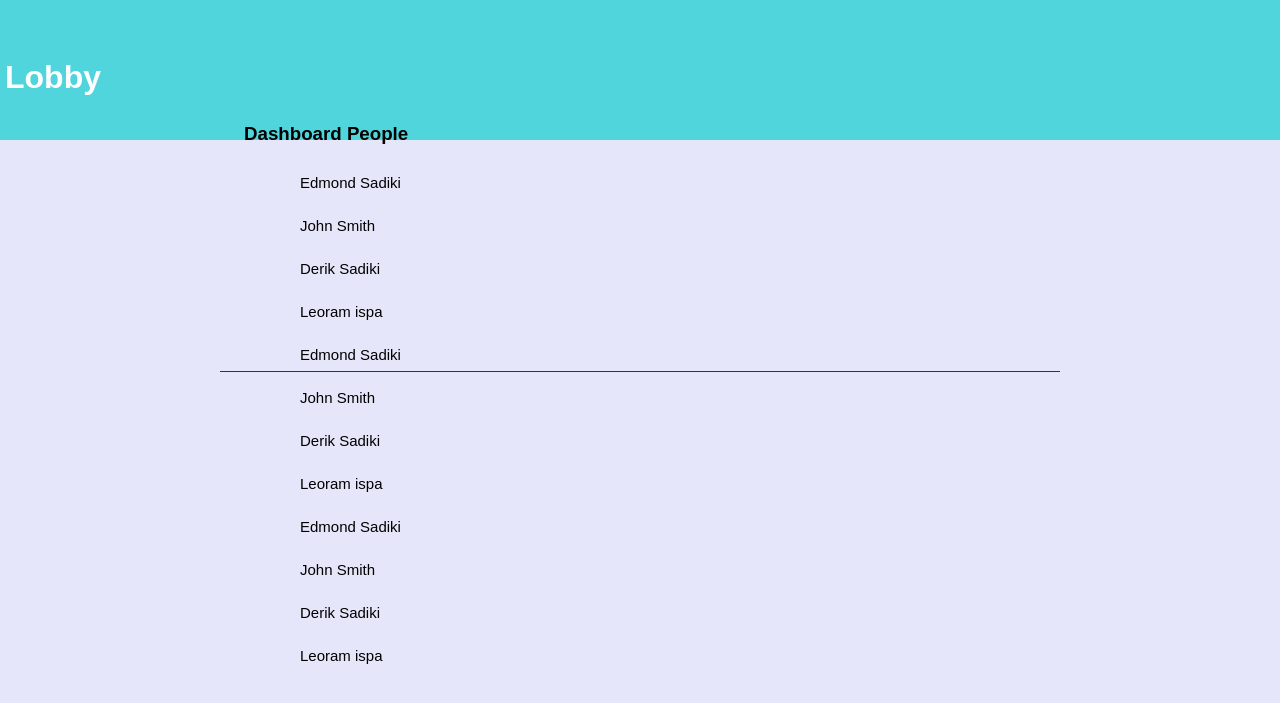
Repository: deriksadiki/react-routes-v6
Page: /signin
The author's editor kept a copy of each file at every save. The page is drawn from the files as they stood at one save, then again after the next save.
The browser window is 1280 px wide. The pictures show the whole page.
The project was rebuilt for these pictures with package versions that can differ from the ones it lists, and the page was loaded fresh each time. Also part of the build but not shown: src/Components/topbar/OfflineNav.js, src/App.css, src/Components/Login/Login.js, src/Components/Profile/Profile.js, src/Components/SIgnup/SIgnup.js.

Above is the page before, as saved 2021-11-19 19:00:40.

After the next save:
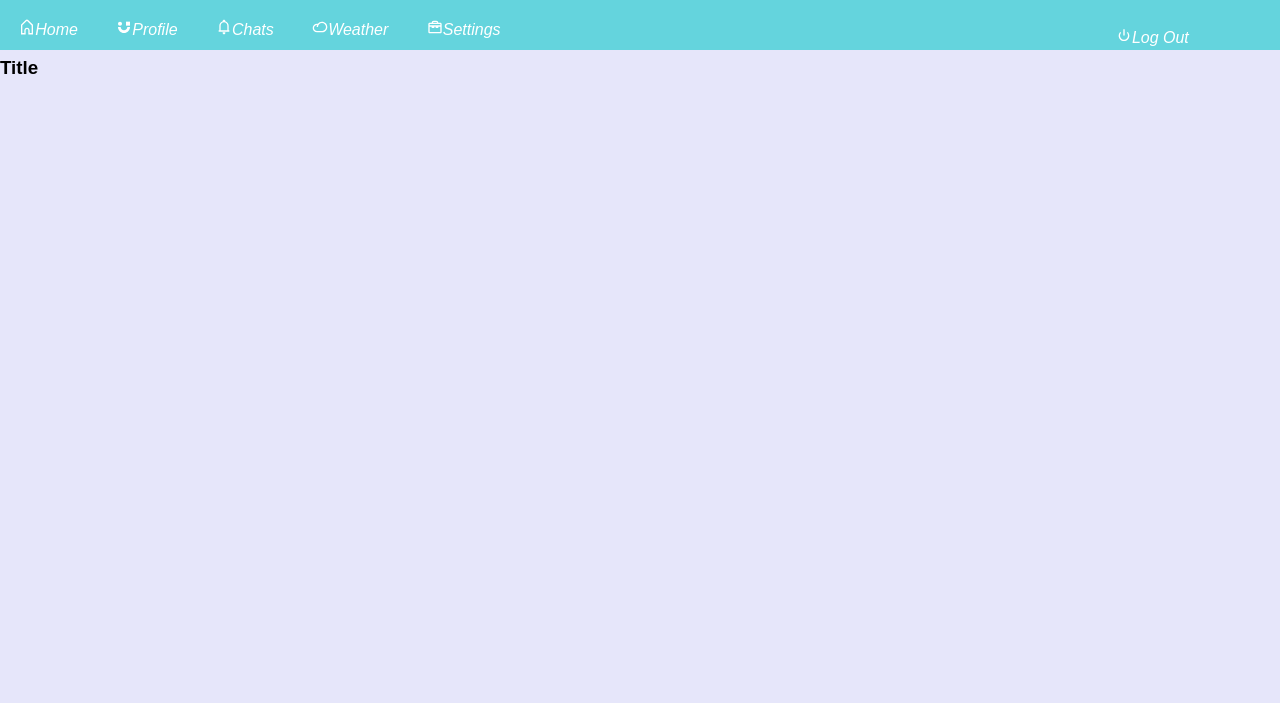
Saved 18 s later.
--- a/src/App.js
+++ b/src/App.js
@@ -7,8 +7,7 @@ import AuthRoutes from './Auth/Routes';
 function App() {
   return (
 
-    <Topbar/>,
-    <AuthRoutes/>
+    <Topbar/>
   );
 }
 
